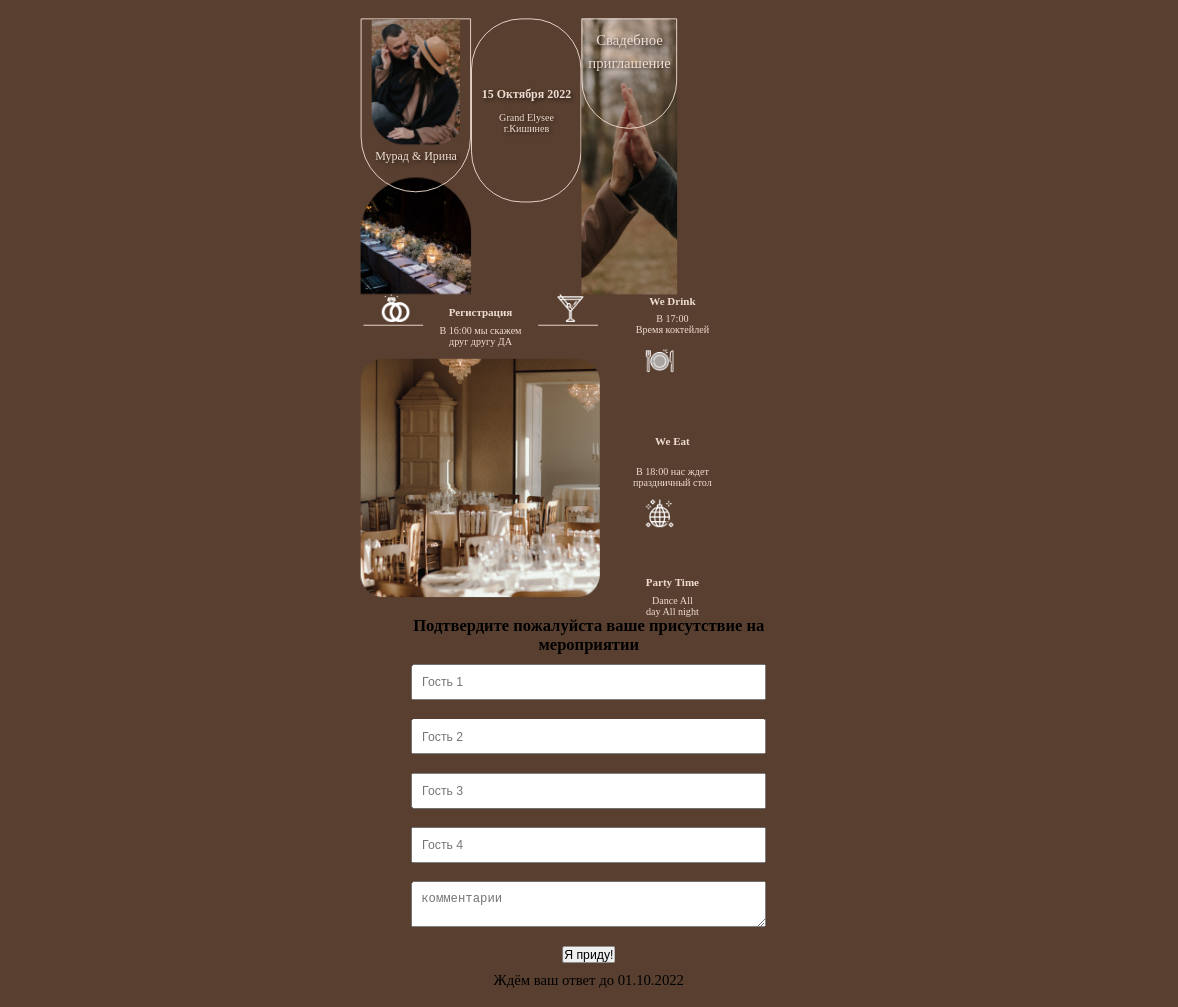
Repository: Anthony8845/wedding_invitation
Page: index.html
The author's editor kept a copy of each file at every save. The page is drawn from the files as they stood at one save, then again after the next save.
The browser window is 1280 px wide. The pictures show the whole page, at 92% of full size.

Above is the page before, as saved 2022-07-29 19:56:46.

After the next save:
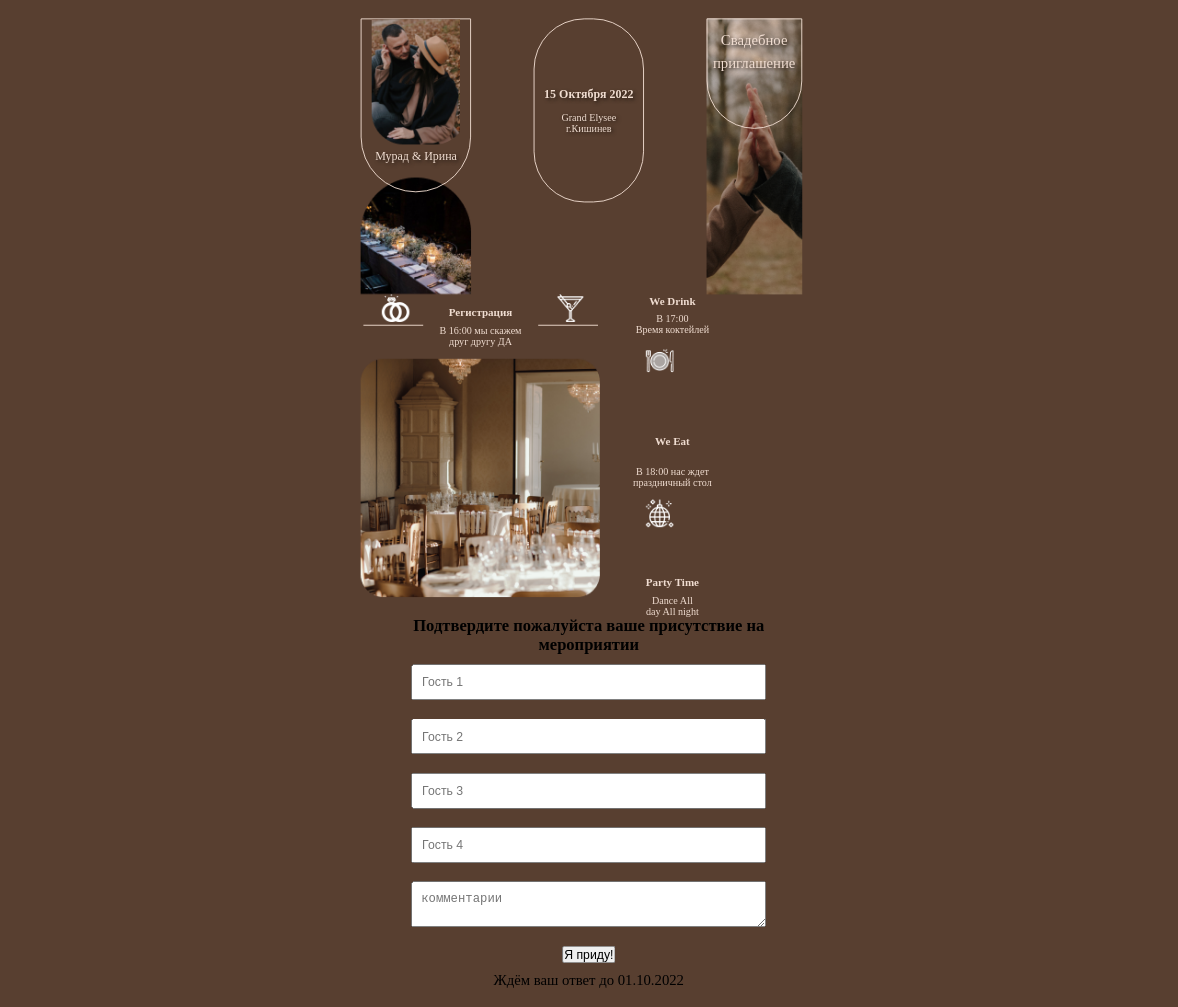
Saved 8 s later.
--- a/style.css
+++ b/style.css
@@ -20,7 +20,7 @@ body{
     align-items: center; */
 }
 .info {
-    max-width: 360px;
+
     color: rgb(240, 221, 209);
     display: flex;
     justify-content: space-between;
